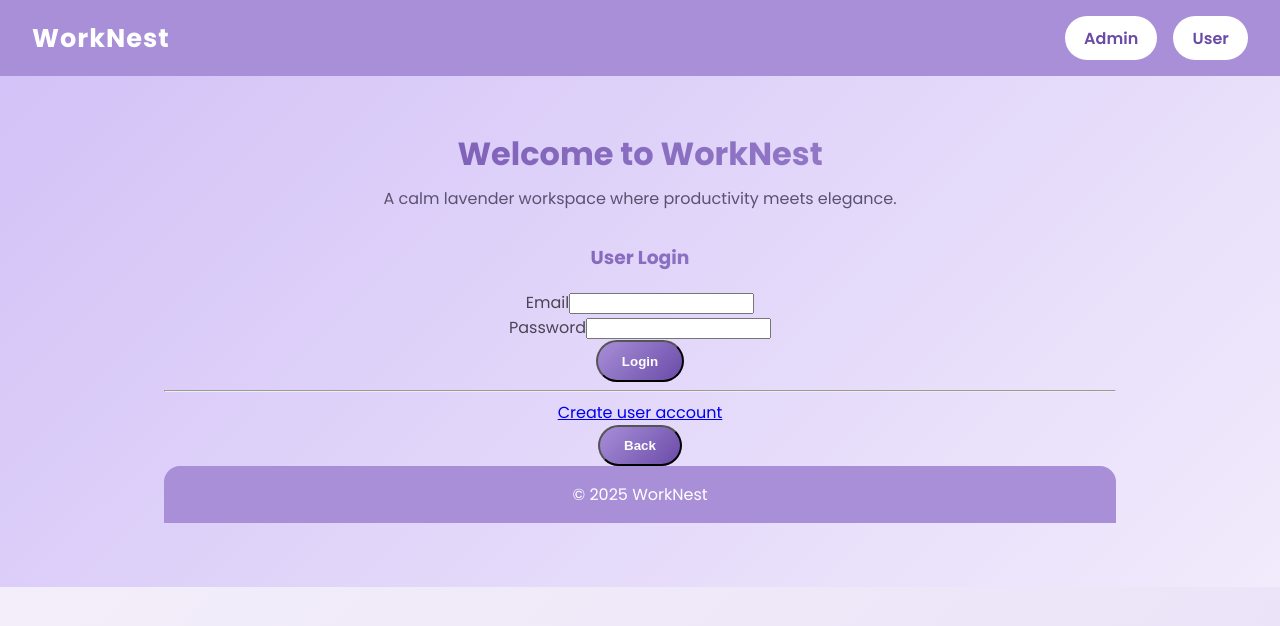
Repository: Sourav5harma/WiproProject
Page: http://localhost/WorkNestApp/WEB-INF/jsp/user-login.jsp
An editor plug-in stored every save of this project. The page is shown before and after the next save, followed by the edit.
The browser window is 1280 px wide. The pictures show the whole page.
The page is served by Tomcat 9. Nobody is signed in. Other server files are loaded and not shown. The template is opened directly, without the code that normally fills it, so the values that code supplies are empty.

Above is the page before, as saved 2025-08-27 19:29:41.

### WorkNestApp/src/main/webapp/WEB-INF/jsp/user-login.jsp
<%@ page contentType="text/html;charset=UTF-8" language="java"%>
<%@ taglib prefix="c" uri="http://java.sun.com/jsp/jstl/core"%>
<!DOCTYPE html>
<html lang="en">
<head>

  <link href="https://fonts.googleapis.com/css2?family=Poppins:wght@400;600;700&display=swap" rel="stylesheet">
  <style>
    body {
      margin: 0;
      min-height: 100vh;
      display: flex;
      flex-direction: column;
      font-family: 'Poppins', sans-serif;
      background: linear-gradient(135deg, #f6f3fa, #ebe3f8);
      color: #4b4453;
    }
    nav {
      display: flex;
      justify-content: space-between;
      align-items: center;
      background: #a88fd8;
      padding: 1rem 2rem;
    }
    nav .title {
      font-size: 1.6rem;
      font-weight: 700;
      color: white;
      letter-spacing: 1px;
    }
    nav .actions {
      display: flex;
      gap: 1rem;
    }
    nav .actions a {
      padding: 0.6rem 1.2rem;
      border-radius: 30px;
      background: white;
      color: #6a4ba8;
      font-weight: 600;
      text-decoration: none;
      transition: all 0.3s ease;
    }
    nav .actions a:hover {
      background: #d3c2f7;
      color: white;
    }
    footer {
      background: #a88fd8;
      color: white;
      padding: 1rem;
      text-align: center;
      border-top-left-radius: 1rem;
      border-top-right-radius: 1rem;
      margin-top: auto;
    }
    .card {
      background: white;
      padding: 2rem;
      border-radius: 1.5rem;
      box-shadow: 0 6px 16px rgba(168,143,216,0.25);
      transition: transform 0.3s, box-shadow 0.3s;
    }
    .card:hover {
      transform: translateY(-3px);
      box-shadow: 0 10px 22px rgba(168,143,216,0.35);
    }
    h1, h2, h3 {
      background: linear-gradient(to right, #6a4ba8, #a88fd8);
      -webkit-background-clip: text;
      -webkit-text-fill-color: transparent;
    }
    table {
      width: 100%;
      border-collapse: collapse;
      margin-top: 1.5rem;
      border-radius: 1rem;
      overflow: hidden;
      box-shadow: 0 4px 12px rgba(168,143,216,0.25);
    }
    table th, table td {
      padding: 1rem;
      text-align: left;
    }
    table th {
      background: #a88fd8;
      color: white;
    }
    table tr:nth-child(even) {
      background: #f6f3fa;
    }
    table tr:hover {
      background: #e9defc;
    }
    .btn {
      display: inline-block;
      padding: 0.7rem 1.5rem;
      border-radius: 50px;
      background: linear-gradient(135deg, #a88fd8, #6a4ba8);
      color: white;
      font-weight: 600;
      text-decoration: none;
      transition: all 0.3s ease;
    }
    .btn:hover {
      box-shadow: 0 6px 16px rgba(168,143,216,0.4);
      transform: translateY(-2px);
    }
    .container {
      max-width: 1000px;
      margin: 2rem auto;
      padding: 0 1.5rem;
    }
    .center {
      display: flex;
      justify-content: center;
      align-items: center;
      min-height: 70vh;
    }
  </style>

<title>WorkNest</title>
<link
	href="https://fonts.googleapis.com/css2?family=Poppins:wght@400;600;700&display=swap"
	rel="stylesheet">
<style>
body {
	margin: 0;
	min-height: 100vh;
	display: flex;
	flex-direction: column;
	font-family: 'Poppins', sans-serif;
	background: linear-gradient(135deg, #f6f3fa, #ebe3f8);
	color: #4b4453;
}

nav {
	display: flex;
	justify-content: space-between;
	align-items: center;
	background: #a88fd8;
	padding: 1rem 2rem;
}

nav .title {
	font-size: 1.6rem;
	font-weight: 700;
	color: white;
	letter-spacing: 1px;
}

nav .actions {
	display: flex;
	gap: 1rem;
}

nav .actions a {
	padding: 0.6rem 1.2rem;
	border-radius: 30px;
	background: white;
	color: #6a4ba8;
	font-weight: 600;
	text-decoration: none;
	transition: all 0.3s ease;
}

nav .actions a:hover {
	background: #d3c2f7;
	color: white;
}

.hero {
	text-align: center;
	padding: 2rem 1rem;
	background: linear-gradient(135deg, #d3c2f7, #f1ebfc);
}

.hero h1 {
	font-size: 2rem;
	margin-bottom: 0.5rem;
	background: linear-gradient(to right, #6a4ba8, #a88fd8);
	-webkit-background-clip: text;
	-webkit-text-fill-color: transparent;
}

.hero p {
	font-size: 1rem;
	color: #5a5270;
	max-width: 600px;
	margin: 0 auto;
}

.container {
	flex-grow: 1;
	max-width: 1000px;
	margin: 2rem auto;
	padding: 0 1.5rem;
}

.card {
	background: white;
	padding: 2rem;
	border-radius: 1.5rem;
	box-shadow: 0 6px 16px rgba(168, 143, 216, 0.25);
	transition: transform 0.3s, box-shadow 0.3s;
}

.card:hover {
	transform: translateY(-6px);
	box-shadow: 0 10px 22px rgba(168, 143, 216, 0.35);
}

footer {
	background: #a88fd8;
	color: white;
	padding: 1rem;
	text-align: center;
	border-top-left-radius: 1rem;
	border-top-right-radius: 1rem;
	margin-top: auto;
}

.btn {
	display: inline-block;
	padding: 0.7rem 1.5rem;
	border-radius: 50px;
	background: linear-gradient(135deg, #a88fd8, #6a4ba8);
	color: white;
	font-weight: 600;
	text-decoration: none;
	transition: all 0.3s ease;
}

.btn:hover {
	box-shadow: 0 6px 16px rgba(168, 143, 216, 0.4);
	transform: translateY(-2px);
}
</style>
</head>
<body>
	<nav>
		<div class="title">WorkNest</div>
		<div class="actions">
			<a href="<c:url value='/admin/login'/>">Admin</a> <a
				href="<c:url value='/user/login'/>">User</a>
		</div>
	</nav>
	<div class="hero">
		<h1>Welcome to WorkNest</h1>
		<p>A calm lavender workspace where productivity meets elegance.</p>

	<div class="container">

		<%-- <nav>
		<div class="title">WorkNest</div>
		<div class="actions">
			<a href="<c:url value='/admin/login'/>">Admin</a> <a
				href="<c:url value='/user/login'/>">User</a>
		</div>
	</nav> --%>
		<div class="container my-4">

			<div class="row justify-content-center">
				<div class="col-md-5">


							<h3 class="mb-3">User Login</h3>
							<c:if test="${not empty error}">
								<div class="alert alert-danger">${error}
							</c:if>
							<form method="post" action="<c:url value='/user/login'/>">
								<div class="mb-3">
									<label class="form-label">Email</label><input name="email" class="form-control"
										required class="form-control">

								<div class="mb-3">
									<label class="form-label">Password</label><input name="password" type="password"
										class="form-control" required class="form-control">

								<br><button class="btn btn-primary w-100" class="btn btn-primary mt-3">Login</button>
							</form>
							<hr>
							<a href="<c:url value='/user/register'/>">Create user account</a>





			<br><button type="button" class="btn btn-secondary mt-2" onclick="history.back()">Back</button>
<footer>© 2025 WorkNest</footer>
</body>
</html>

After the next save:
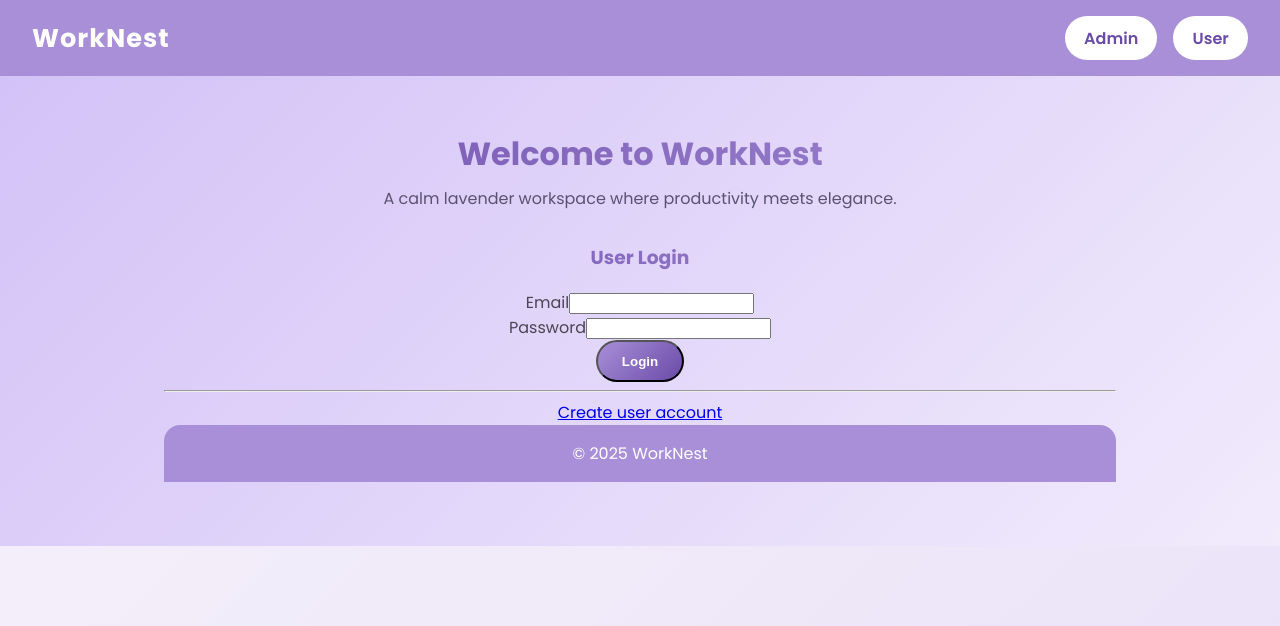
Saved 4 min 10 s later.
--- a/WorkNestApp/src/main/webapp/WEB-INF/jsp/user-login.jsp
+++ b/WorkNestApp/src/main/webapp/WEB-INF/jsp/user-login.jsp
@@ -251,13 +251,6 @@ footer {
 
 	<div class="container">
 
-		<%-- <nav>
-		<div class="title">WorkNest</div>
-		<div class="actions">
-			<a href="<c:url value='/admin/login'/>">Admin</a> <a
-				href="<c:url value='/user/login'/>">User</a>
-		</div>
-	</nav> --%>
 		<div class="container my-4">
 
 			<div class="row justify-content-center">
@@ -286,7 +279,6 @@ footer {
 
 
 
-			<br><button type="button" class="btn btn-secondary mt-2" onclick="history.back()">Back</button>
-<footer>© 2025 WorkNest</footer>
+	 <footer>© 2025 WorkNest</footer>
 </body>
 </html>
